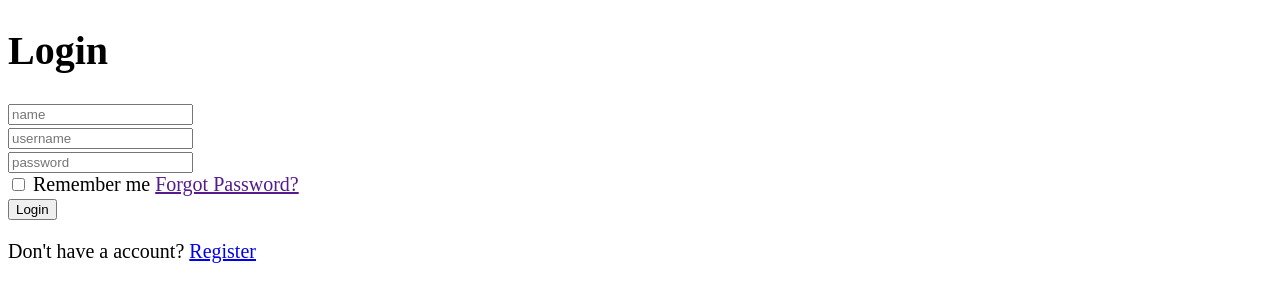
Repository: Kubraaygun/Html_Css_Login
Page: index.html
The author's editor kept a copy of each file at every save. The page is drawn from the files as they stood at one save, then again after the next save.
The browser window is 1280 px wide. The pictures show the whole page.

Above is the page before, as saved 2025-03-05 18:15:48.

### index.html
<!DOCTYPE html>
<html lang="en">
  <head>
    <meta charset="UTF-8" />
    <meta name="viewport" content="width=device-width, initial-scale=1.0" />
    <title>HTML</title>
    <link rel="stylesheet" href="style.css" />
    <link
      rel="stylesheet"
      href="https://fonts.googleapis.com/icon?family=Material+Icons"
    />
  </head>

  <body>
    <div class="container">
      <form action="">
        <!-- Baslik -->
        <h1>Login</h1>

        <!-- input alanimiz -->
        <!-- name -->
        <div class="input-name">
          <input type="text" required placeholder="name" />
        </div>

        <!-- surname -->
        <div>
          <input type="text" required placeholder="username" />
        </div>

        <!-- Password -->
        <div>
          <input type="password" required placeholder="password" />
        </div>

        <!-- Remember me Alani -->
        <div class="remember-me">
          <label>
            <input type="checkbox" />
            Remember me
          </label>
          <a href="">Forgot Password?</a>
        </div>

        <!-- Button -->
        <button type="submit" class="button">Login</button>

        <!-- Register Link -->
        <div class="register-link">
          <p>Don't have a account? <a href="#"> Register</a></p>
        </div>
      </form>
    </div>
  </body>
</html>

### style.css
body {
  font-size: 20px;
}
.h1:hover {
  background-color: purple;
}
#h1:hover {
  color: purple;
}
.link:hover {
  text-decoration: none;
}

ol {
  background-color: pink;
  margin: 30px 0 20px 10px;
  border: 15px double red;
}

ul {
  background-color: blue;
  margin: 20px;
  border-radius: 20px 0 50px 10px;
}
li {
  padding: 20px;
  margin: 10px;
}

After the next save:
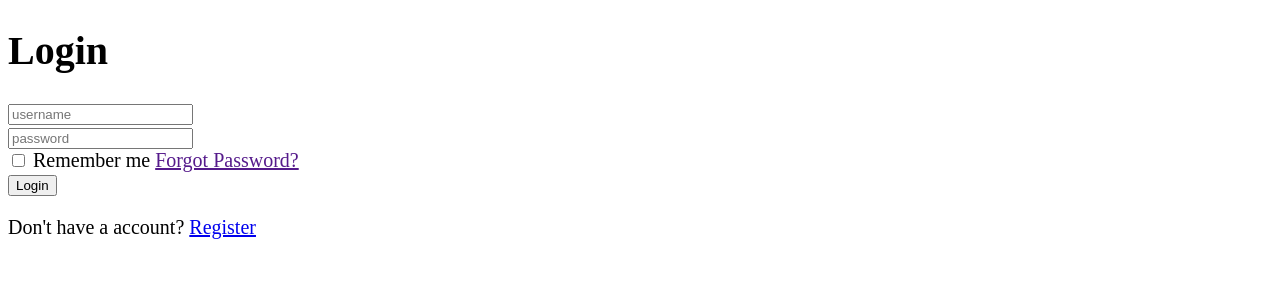
Saved 5 min 11 s later.
--- a/index.html
+++ b/index.html
@@ -18,10 +18,6 @@
         <h1>Login</h1>
 
         <!-- input alanimiz -->
-        <!-- name -->
-        <div class="input-name">
-          <input type="text" required placeholder="name" />
-        </div>
 
         <!-- surname -->
         <div>
